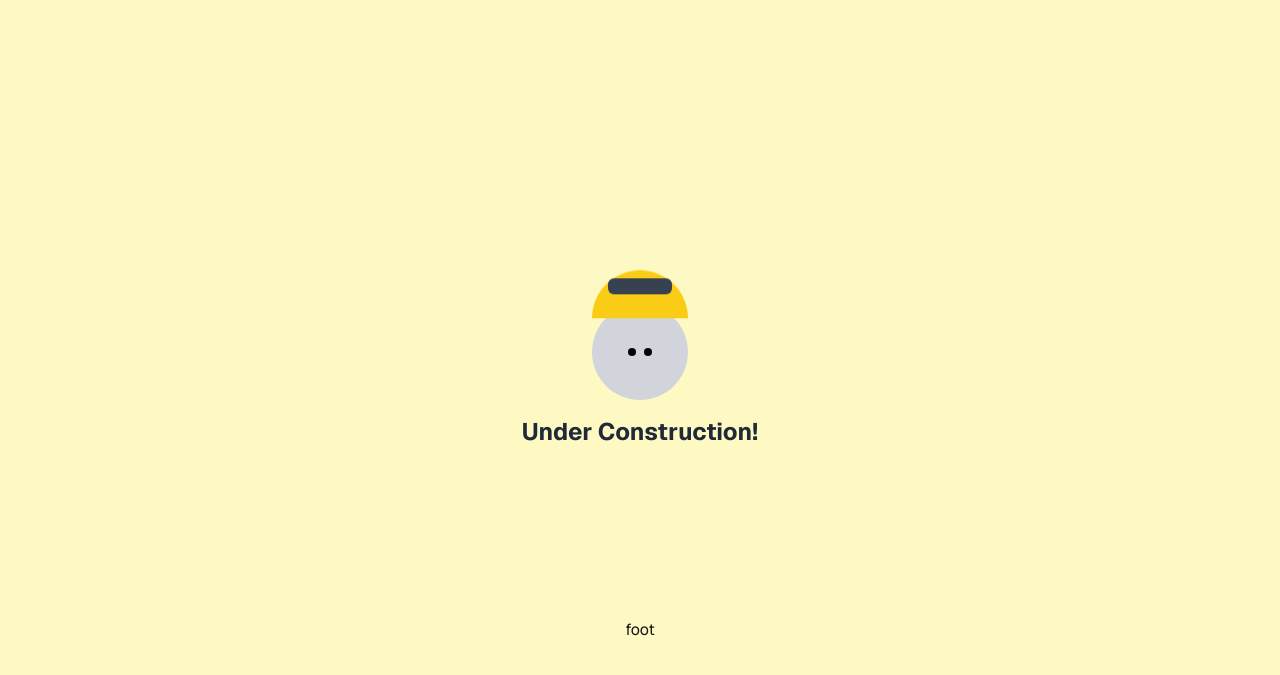
Repository: madelinestruthers/portfolio
Page: / (app in madeline-struthers-portfolio/)
The author's editor kept a copy of each file at every save. The page is drawn from the files as they stood at one save, then again after the next save.
The browser window is 1280 px wide. The pictures show the whole page.
The project was rebuilt for these pictures with package versions that can differ from the ones it lists, and the page was loaded fresh each time. The framework's server and built-in components were replaced by stand-ins that run in the browser. Also part of the build but not shown: madeline-struthers-portfolio/next.config.mjs.

Above is the page before, as saved 2025-01-10 19:58:20.

After the next save:
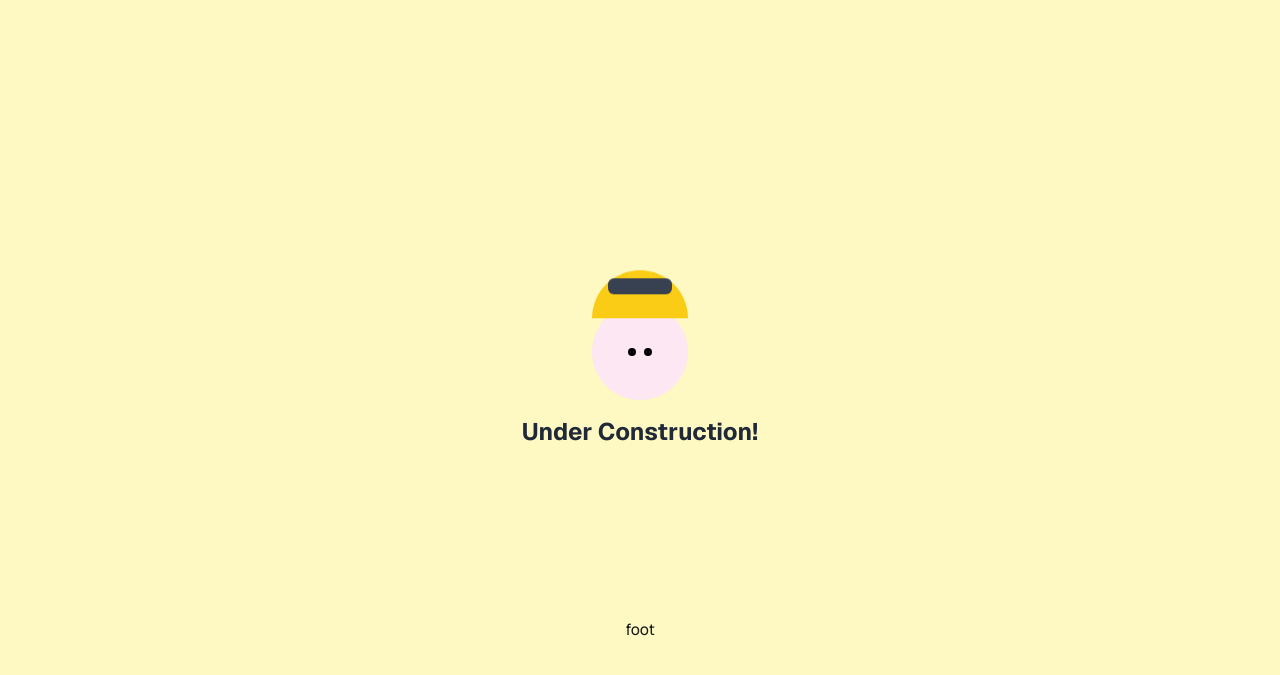
Saved 39 s later.
--- a/madeline-struthers-portfolio/src/app/page.js
+++ b/madeline-struthers-portfolio/src/app/page.js
@@ -12,7 +12,7 @@ export default function Home() {
               <div className="absolute top-2 left-4 w-16 h-4 bg-gray-700 rounded-md"></div>
             </div>
             {/* Face */}
-            <div className="absolute bottom-0 left-4 w-24 h-24 bg-gray-300 rounded-full flex items-center justify-center z-0">
+            <div className="absolute bottom-0 left-4 w-24 h-24 bg-pink-100 rounded-full flex items-center justify-center z-0">
               <div className="w-2 h-2 bg-black rounded-full mr-2"></div>
               <div className="w-2 h-2 bg-black rounded-full"></div>
             </div>
